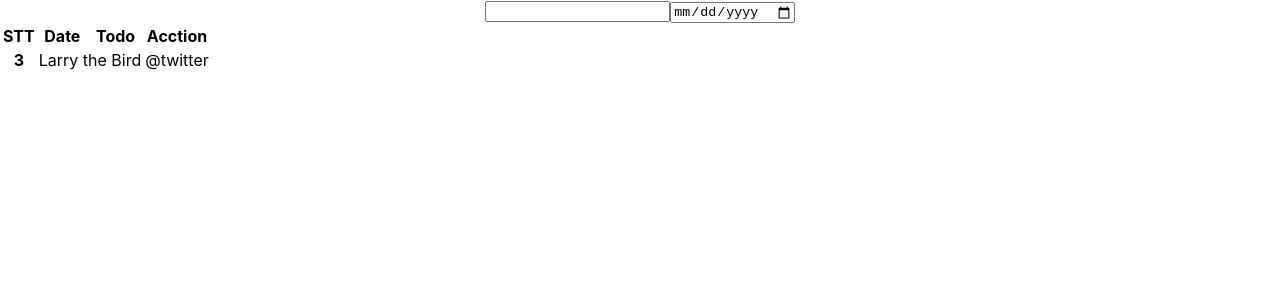
Repository: vanviet99/bietitmatit
Page: /
These files come from the project's save history. The page is drawn as it stood at one moment and after a run of saves; the edit follows.
The browser window is 1280 px wide. The pictures show the whole page.
The project was rebuilt for these pictures with package versions that can differ from the ones it lists, and the page was loaded fresh each time.

Above is the page before, as saved 2022-10-03 21:14:05.

### src/App.js

import React, { useState } from 'react';
import './App.css';
import data from './data';

function App() {
   const [list,setList] = useState(data)
  return (
    <div className="App">
     <React.Fragment>
     <div className="input-group mb-3">
      <input input type="text" className="form-control" aria-label="Sizing example input" aria-describedby="inputGroup-sizing-default"></input>
      <input input type="date" className="form-control" aria-label="Sizing example input" aria-describedby="inputGroup-sizing-default"></input>
    </div>
    <div>
    <table class="table">
  <thead>
    <tr>
      <th scope="col">STT</th>
      <th scope="col">Date</th>
      <th scope="col">Todo</th>
      <th scope="col">Acction</th>
    </tr>
  </thead>
  <tbody>
    <tr>
      <th scope="row">3</th>
      <td colspan="2">Larry the Bird</td>
      <td>@twitter</td>
    </tr>
  </tbody>
</table>
    </div>
     </React.Fragment>
    </div>
  );
}

export default App;

### src/data.js
 let list = [
    {
        date: '2022/10/02', do: 'học react-js'
    },
    {
        date: '2022/10/03', do: 'học php'
    }
 ]

 export default list;

Loaded but not shown: src/index.js (common file); src/index.css (common file); src/reportWebVitals.js (common file); src/App.css (common file)

After the next 5 saves:
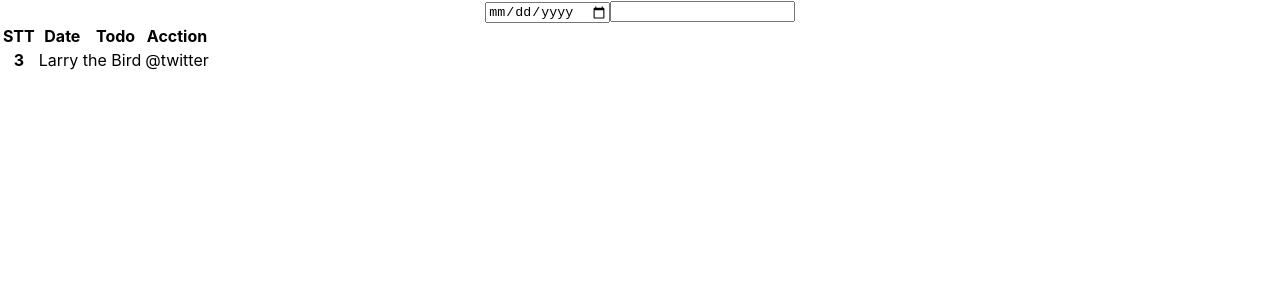
The 5 saves are shown as one change because they came seconds apart.
The last was saved 14 s later.
--- a/src/App.js
+++ b/src/App.js
@@ -9,8 +9,9 @@ function App() {
     <div className="App">
      <React.Fragment>
      <div className="input-group mb-3">
-      <input input type="text" className="form-control" aria-label="Sizing example input" aria-describedby="inputGroup-sizing-default"></input>
-      <input input type="date" className="form-control" aria-label="Sizing example input" aria-describedby="inputGroup-sizing-default"></input>
+     <input  type="date" className="form-control" aria-label="Sizing example input" aria-describedby="inputGroup-sizing-default"></input>
+      <input  type="text" className="form-control" aria-label="Sizing example input" aria-describedby="inputGroup-sizing-default"></input>
+
     </div>
     <div>
     <table class="table">
